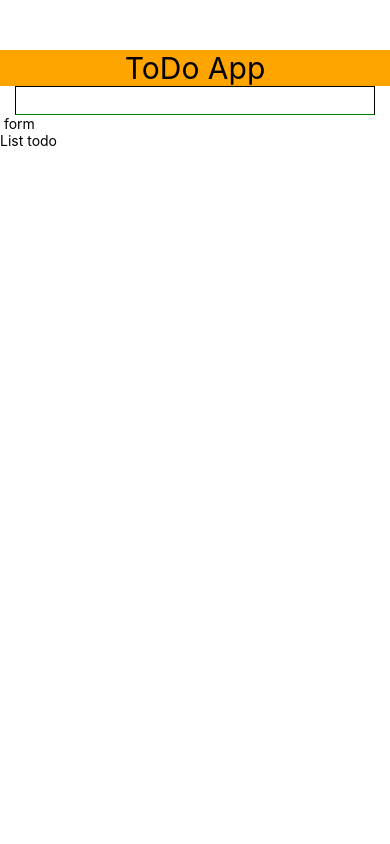
Repository: Ducbii4202/React-Native
Screen: /review-detail
The author's editor kept a copy of each file at every save. The screen is drawn from the files as they stood at one save, then again after the next save.
The app was drawn by React Native's web renderer in a window 390 px wide. The project was rebuilt for these pictures with package versions that can differ from the ones it lists, and the page was loaded fresh each time.

Above is the screen before, as saved 2024-09-15 21:06:59.

After the next save:
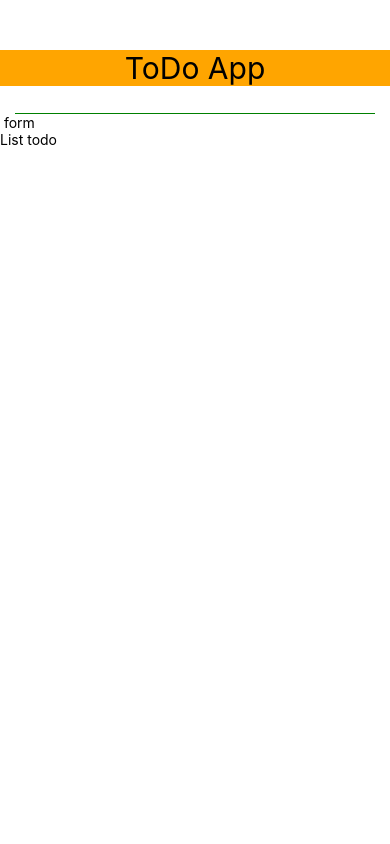
Saved 18 s later.
--- a/App.tsx
+++ b/App.tsx
@@ -43,7 +43,7 @@ const styles = StyleSheet.create({
     fontSize: 30,
   },
   todoInput: {
-    borderWidth: 1,
+    borderBottomWidth: 1,
     borderBottomColor: 'green',
     padding: 5,
     marginHorizontal: 15,
